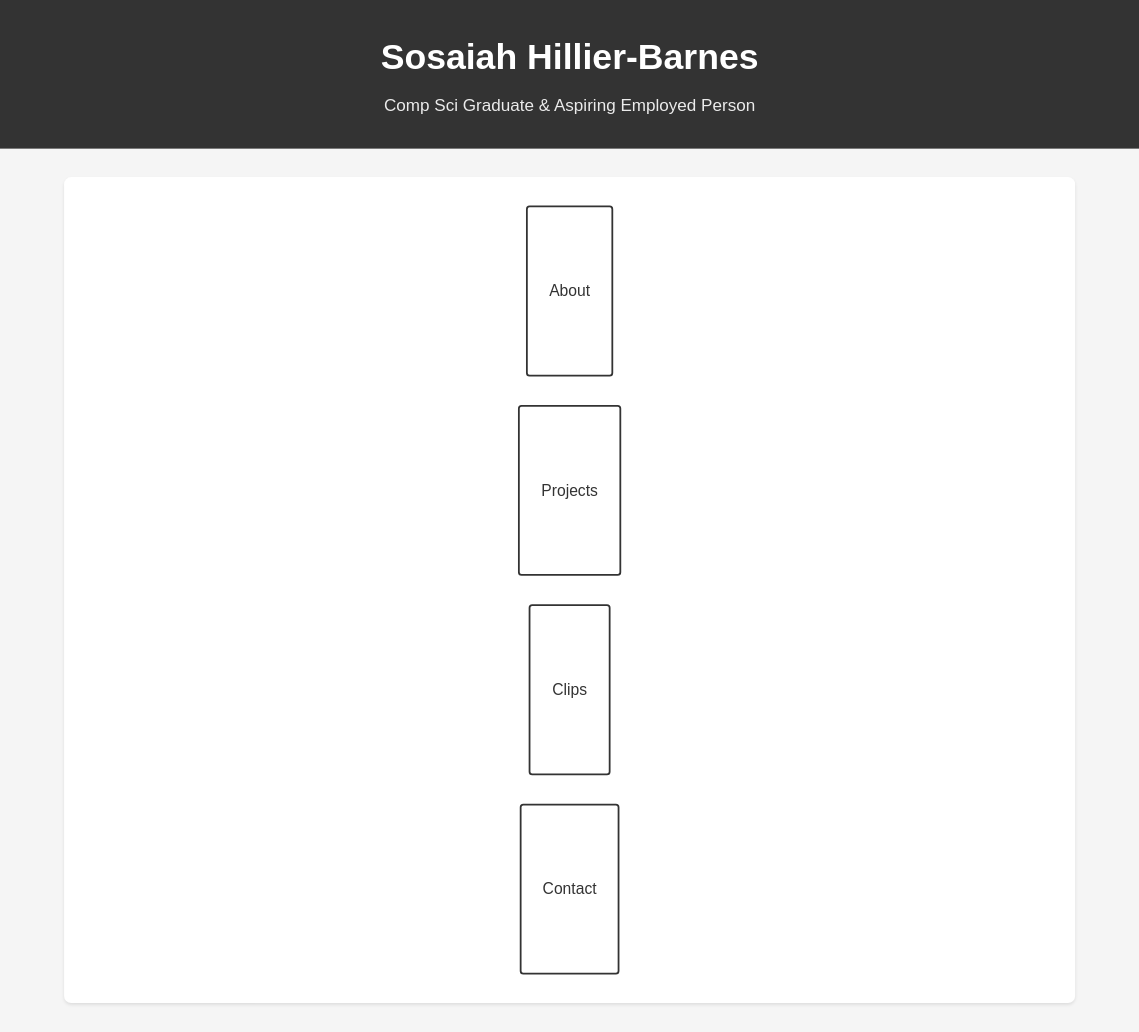
Repository: Hillier-Barnes/PortfolioWebsiteNew
Page: /
An editor plug-in stored every save of this project. The page is shown before and after a run of saves, followed by the edit.
The browser window is 1280 px wide. The pictures show the whole page, at 89% of full size.
The project was rebuilt for these pictures with package versions that can differ from the ones it lists, and the page was loaded fresh each time. Also part of the build but not shown: vite.config.js.

Above is the page before, as saved 2025-11-12 14:37:58.

After the next 2 saves:
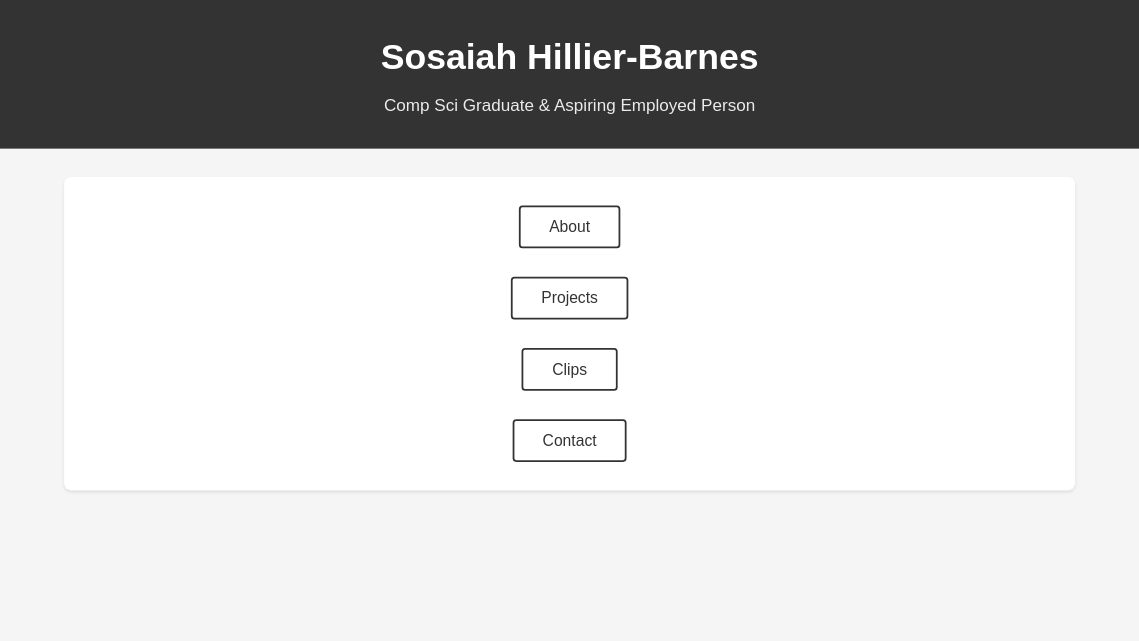
The 2 saves are shown as one change because they came seconds apart.
The last was saved 7 s later.
--- a/styles.css
+++ b/styles.css
@@ -54,7 +54,7 @@ nav a {
   color: #333;
   text-decoration: none;
   font-size: 1.1rem;
-  padding: 5rem 1.5rem;
+  padding: 0.5rem 2rem;
   border: 2px solid #333;
   border-radius: 4px;
   transition: all 0.3s ease;
